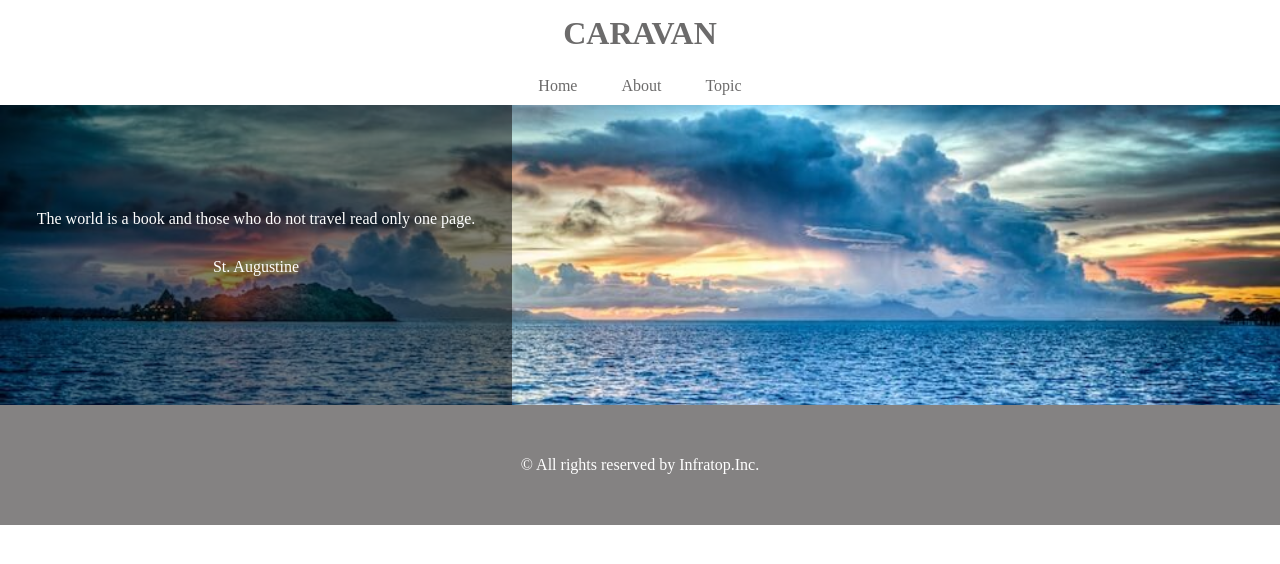
Repository: hayase-m/Webcamp
Page: caravan/index.html
The author's editor kept a record of every edit. The page is drawn from the files as they stood at one moment, then again after the next edit.
The browser window is 1280 px wide. The pictures show the whole page.

Above is the page before.

After the next edit:
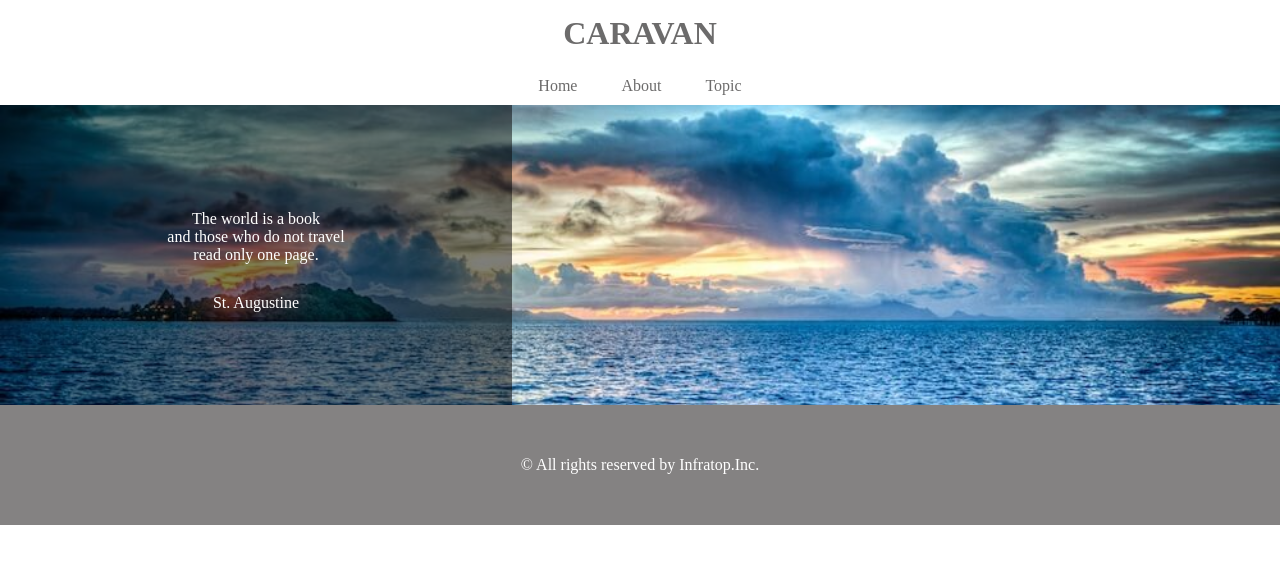
The edit:
--- a/caravan/index.html
+++ b/caravan/index.html
@@ -33,7 +33,9 @@
       <div class="main-visual-content">
         <!-- pタグ（と文字）を追加 -->
         <p class="main-visual-text">
-          The world is a book and those who do not travel read only one page.
+          The world is a book <br>
+          and those who do not travel <br>
+          read only one page.
         </p>
         <p class="main-visual-name">
           St. Augustine
